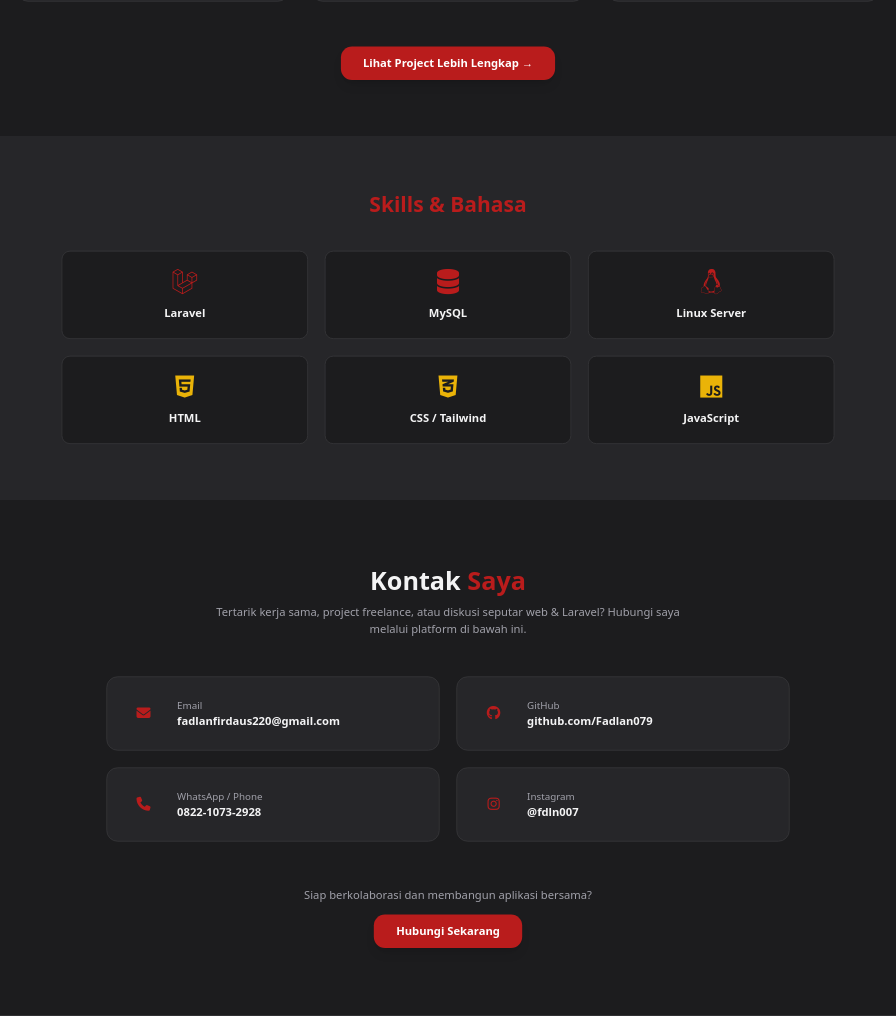
Repository: Fadlan079/Personal-Portfolio
Page: http://localhost/
An editor plug-in stored every save of this project. The page is shown before and after the next save, followed by the edit.
The browser window is 1280 px wide. The pictures show the part of the page from y = 2875 to 4795 px (the page is 4327 px tall before and 4795 px after), at 70% of full size.
Some web libraries are served in a nearby version. The page is served by the project's Laravel application, run on PHP 8.4 with Laravel 12.

Above is the page before, as saved 2026-01-15 09:17:16.

After the next save:
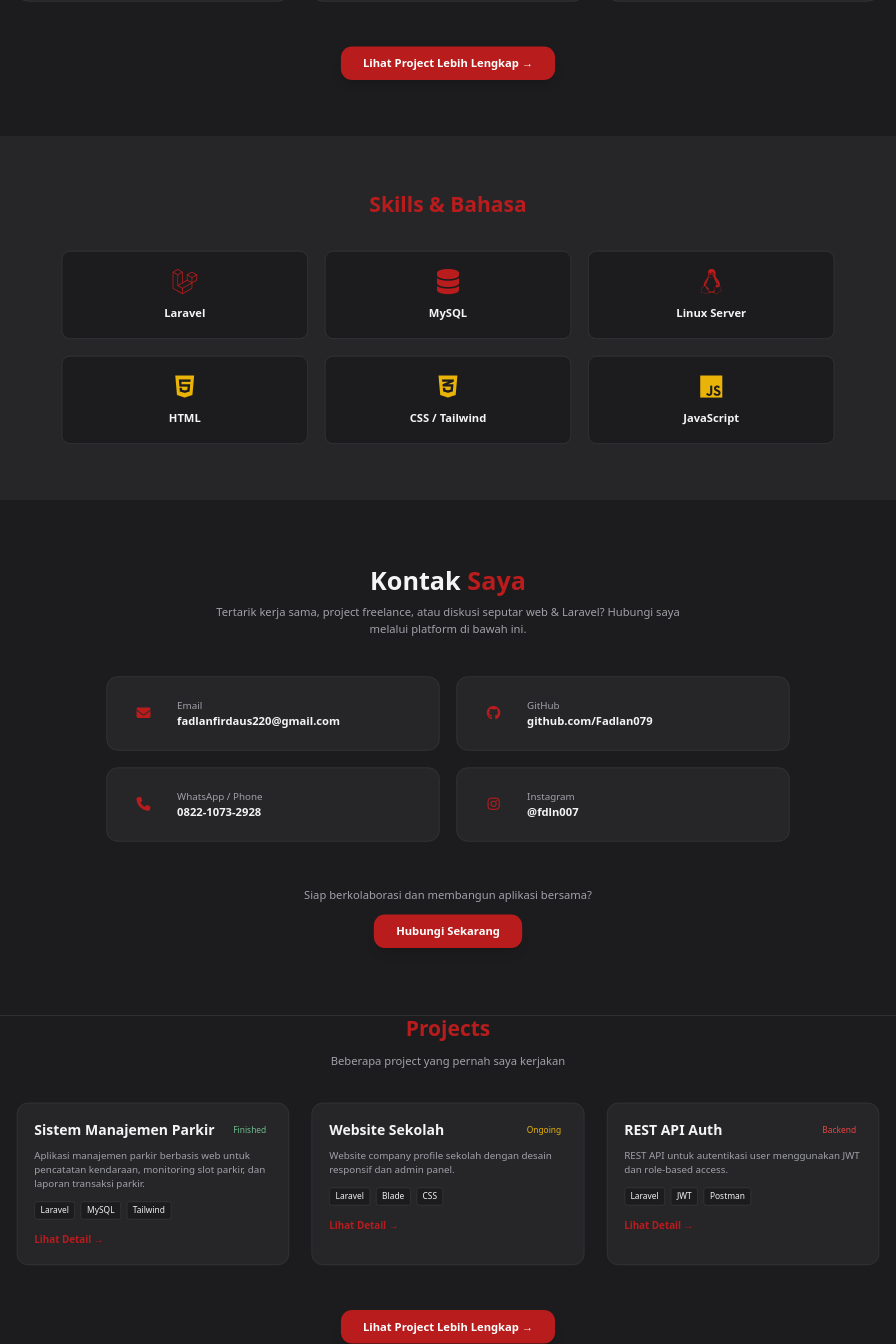
Saved 12 s later.
--- a/resources/views/portofolio.blade.php
+++ b/resources/views/portofolio.blade.php
@@ -228,6 +228,6 @@
 </section>
 
 
-  <footer class="relative border-t border-border bg-bg"></footer>
+  <footer class="relative border-t border-border bg-bg">@include('sections.project')</footer>
 </body>
 </html>
